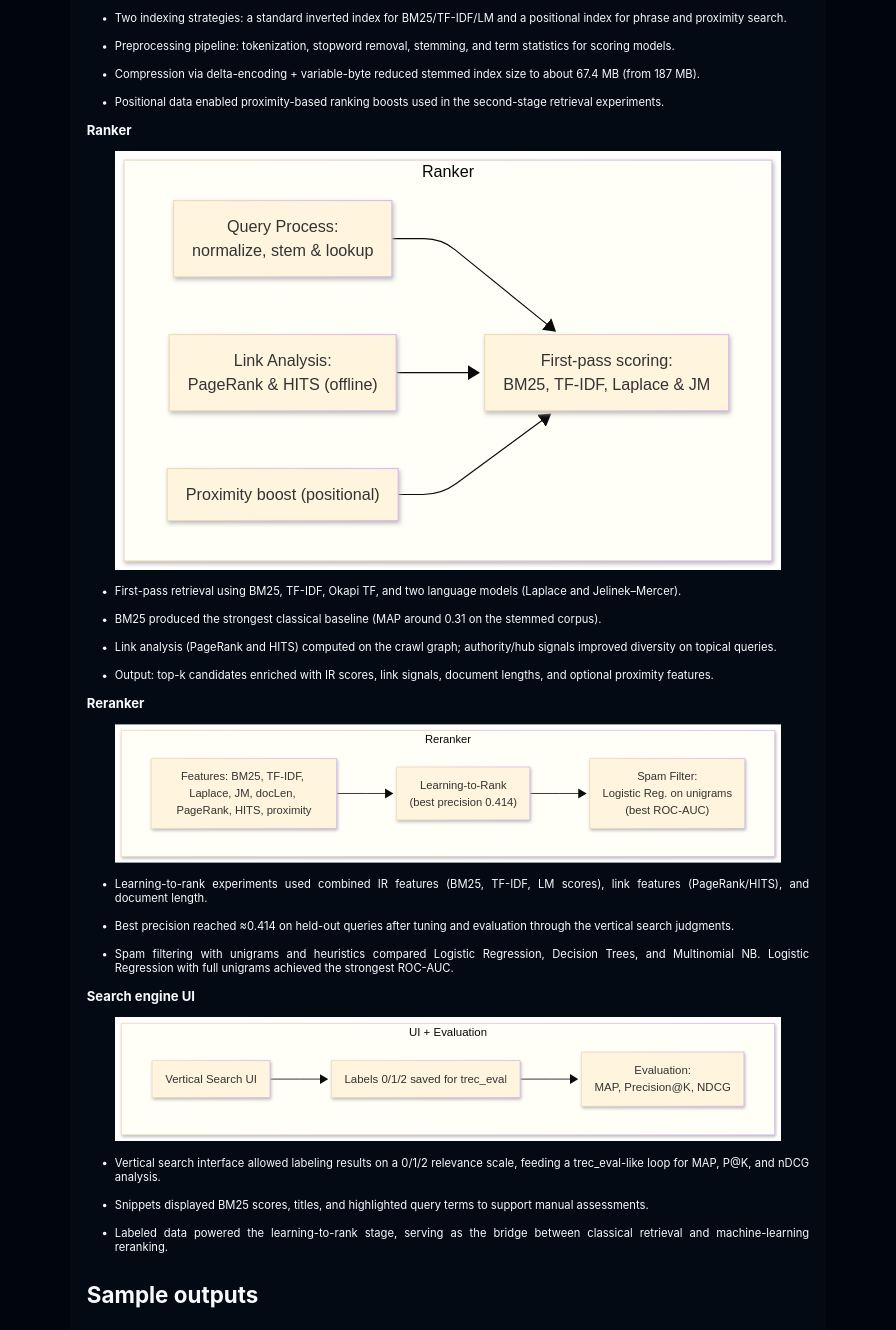
Repository: Abdulaziz-04/Abdulaziz-04.github.io
Page: deepdives/backend_systems/search_engine/search_engine.html
An editor plug-in stored every save of this project. The page is shown before and after the next save, followed by the edit.
The browser window is 1280 px wide. The pictures show the part of the page from y = 2332 to 4232 px (the page is 6783 px tall), at 70% of full size.
A picture or video elsewhere on the page could not be fetched, so the positions and the page height are approximate.

Above is the page before, as saved 2025-11-21 21:02:22.

After the next save:
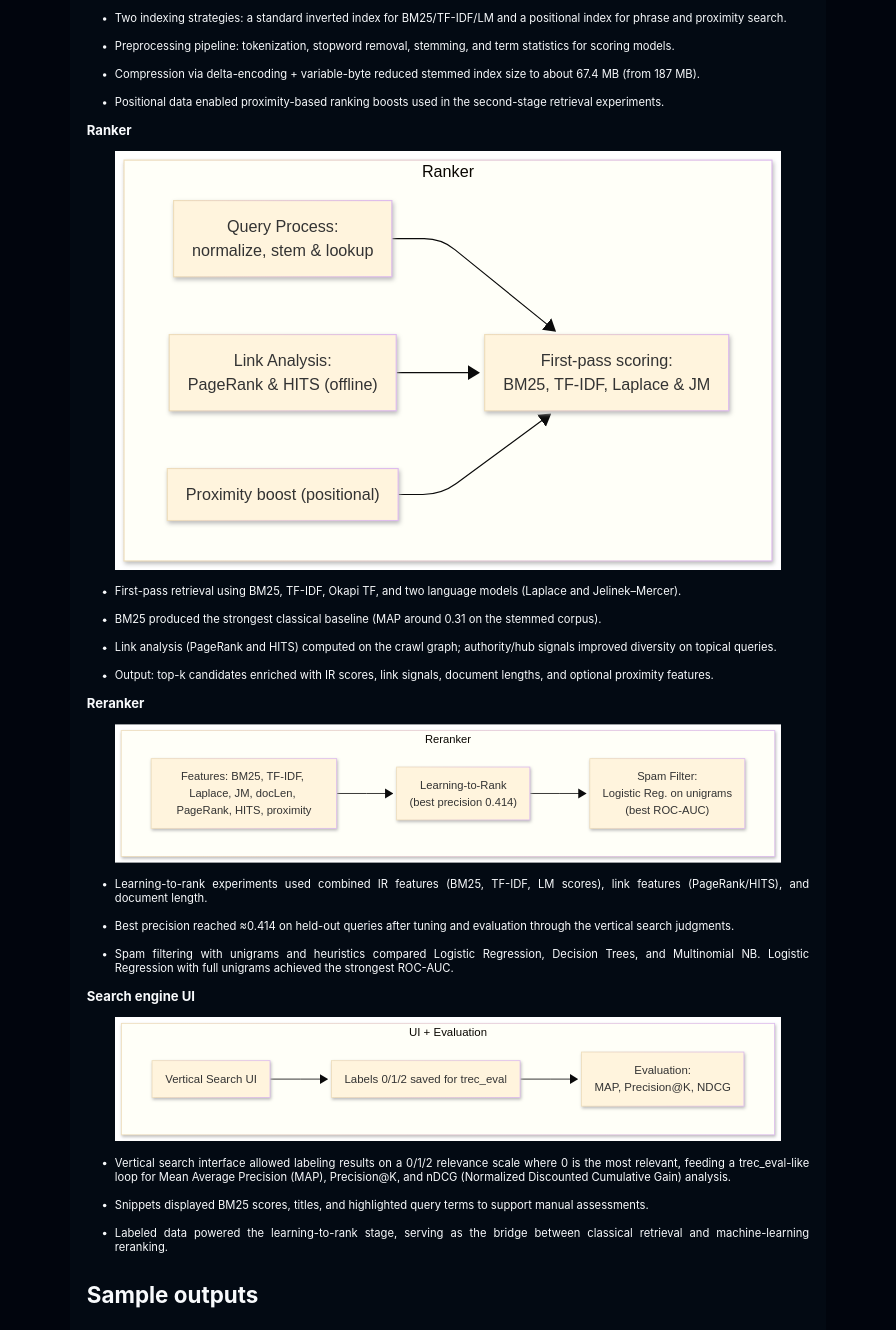
Saved 69 s later.
--- a/deepdives/backend_systems/search_engine/search_engine.html
+++ b/deepdives/backend_systems/search_engine/search_engine.html
@@ -285,8 +285,9 @@
         <ul>
           <li>
             Vertical search interface allowed labeling results on a 0/1/2
-            relevance scale, feeding a trec_eval-like loop for MAP, P@K, and
-            nDCG analysis.
+            relevance scale where 0 is the most relevant, feeding a
+            trec_eval-like loop for Mean Average Precision (MAP), Precision@K,
+            and nDCG (Normalized Discounted Cumulative Gain) analysis.
           </li>
           <br />
           <li>
